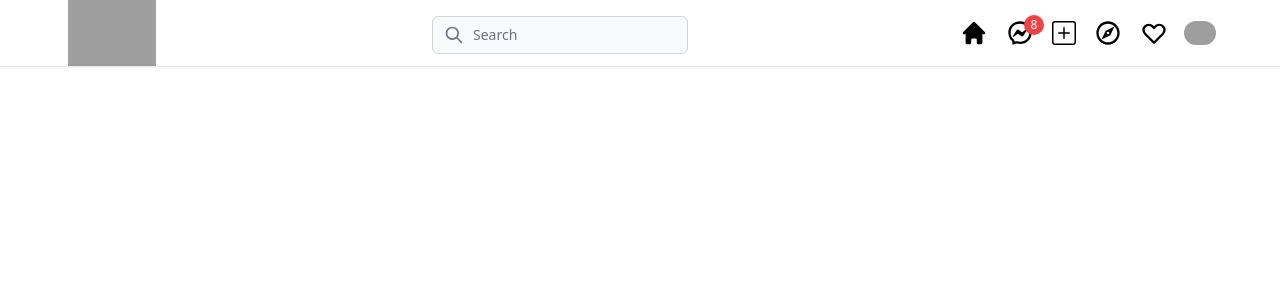
Repository: SehajBindra/insta--clone
Page: /
The author's editor kept a copy of each file at every save. The page is drawn from the files as they stood at one save, then again after the next save.
The browser window is 1280 px wide. The pictures show the whole page.
Pictures or frames that could not be fetched are drawn as grey boxes. The project was rebuilt for these pictures with package versions that can differ from the ones it lists, and the page was loaded fresh each time. The framework's server and built-in components were replaced by stand-ins that run in the browser. Also part of the build but not shown: next.config.js, styles/Home.module.css.

Above is the page before, as saved 2022-04-11 22:12:56.

After the next save:
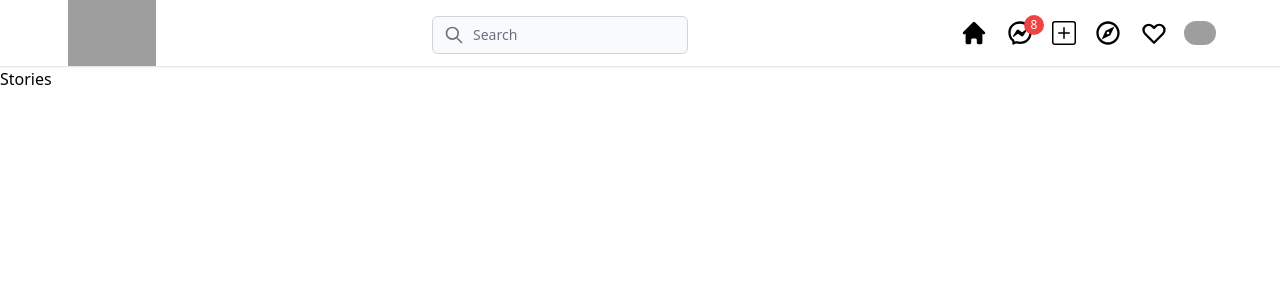
Saved 26 s later.
--- a/components/Feed.js
+++ b/components/Feed.js
@@ -1,10 +1,12 @@
 import React from 'react'
+import Stories from './Stories'
+
 
 function Feed() {
   return (
     <div>
         {/* section */}
-        {/* stories */}
+        <Stories />
         {/* posts */}
 
 
